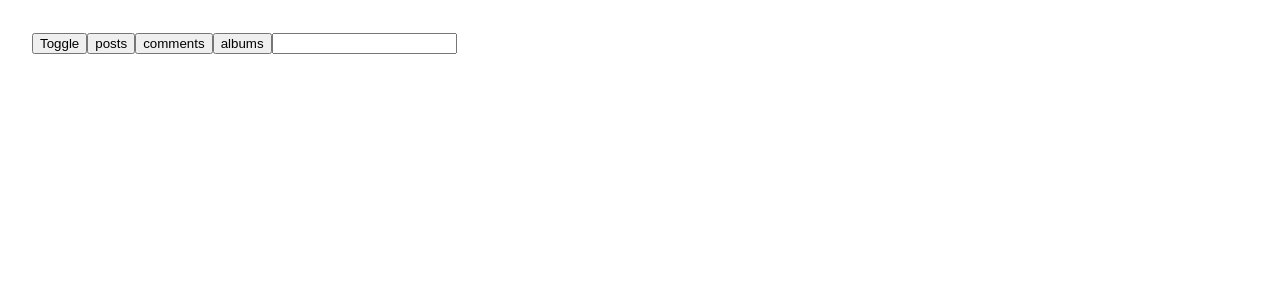
Repository: DungBuiTuan/IGClone
Page: /
These files come from the project's save history. The page is drawn as it stood at one moment and after the next save; the edit follows.
The browser window is 1280 px wide. The pictures show the whole page.
The page's requests for data from a server got no answer. The project was rebuilt for these pictures with package versions that can differ from the ones it lists, and the page was loaded fresh each time. No one was signed in, and anything a server would have sent is missing. Also part of the build but not shown: src/App.css.

Above is the page before, as saved 2023-04-13 22:06:56.

After the next save:
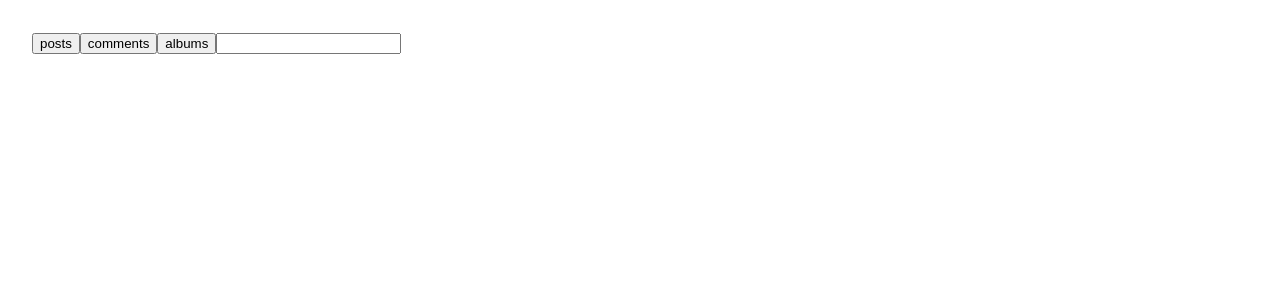
Saved 80 s later.
--- a/src/App.js
+++ b/src/App.js
@@ -14,7 +14,6 @@ import { useState } from 'react'
 const tab = ['posts','comments','albums']
 
 function App () {
-  const [show,setShow] = useState(false)
   const [title, setTitle] = useState('')
   const [post, setPost] = useState([])
   const [type,setType]  = useState('posts')
@@ -26,8 +25,6 @@ function App () {
   }, [type])
   return (
     <div style={{ padding: 32 }}>
-    <button onClick={() => setShow(!show)}>Toggle</button>
-      {show && {tab}}
       {tab.map(tab =>(
         <button key={tab}>
         {tab}
